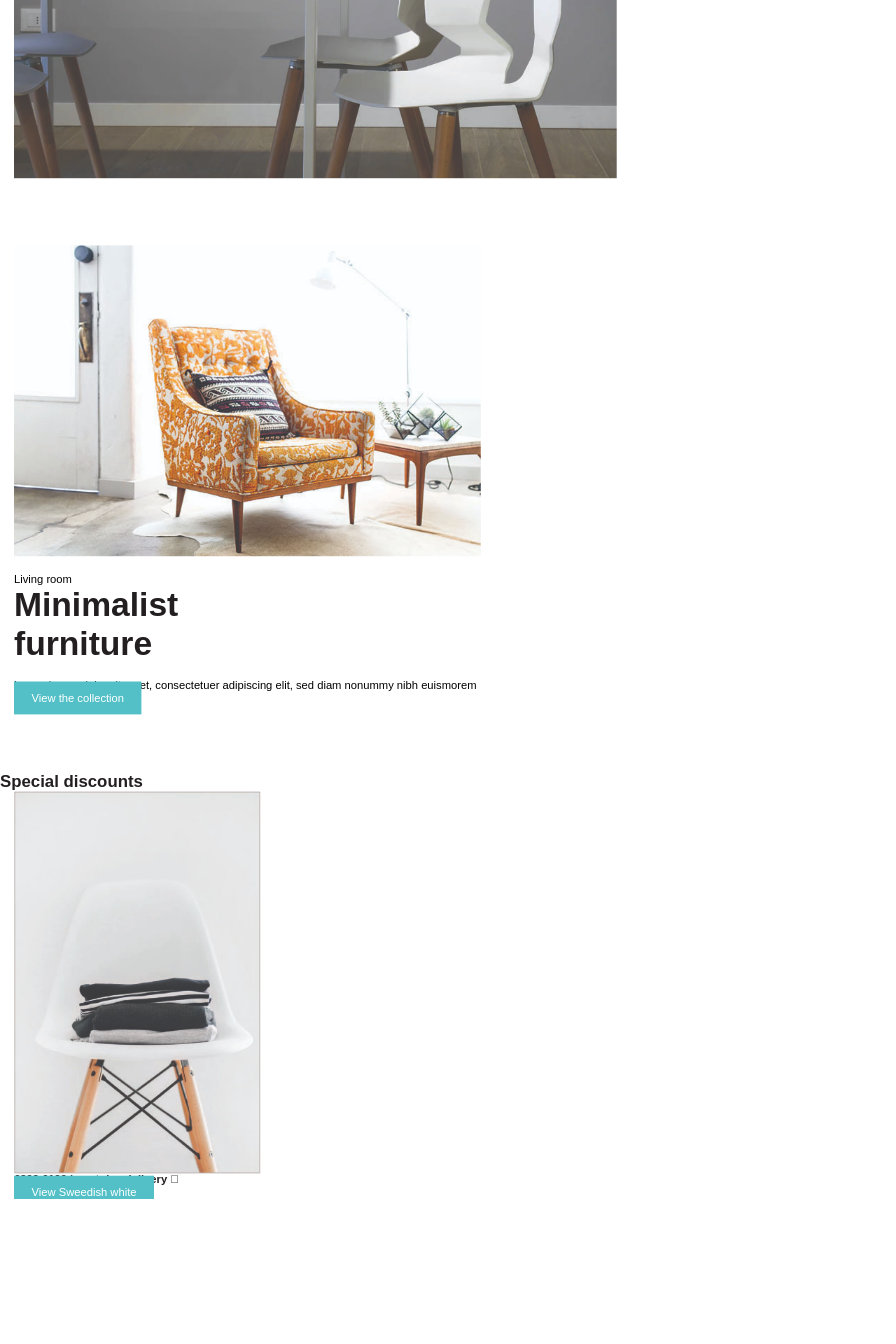
Repository: dinhhaidh/republic-web
Page: index.html
The author's editor kept a copy of each file at every save. The page is drawn from the files as they stood at one save, then again after a run of saves.
The browser window is 1280 px wide. The pictures show the part of the page from y = 932 to 2852 px (the page is 2852 px tall), at 70% of full size.
Some web fonts or font styles are not loaded; a fallback is used. Some web libraries are served in a nearby version.

Above is the page before, as saved 2024-01-24 16:54:47.
Console error: ReferenceError: Swiper is not defined

### index.html
<!DOCTYPE html>
<html lang="en">
<head>
    <meta charset="UTF-8">
    <meta name="viewport" content="width=device-width, initial-scale=1.0">

    <!--=============== FAVICON ===============-->
    <link rel="shortcut icon" href="assets/img/favicon.png" type="image/x-icon">

    <!--=============== REMIXICONS ===============-->
    <link rel="stylesheet" href="https://cdn.jsdelivr.net/npm/remixicon@4.1.0/fonts/remixicon.min.css">

    <link rel="stylesheet" href="https://cdn.jsdelivr.net/npm/swiper@11/swiper-bundle.min.css" />

    <!--=============== CSS ===============-->
    <link rel="stylesheet" href="style.css">

    <title>Responsive </title>
</head>
<body>
    <!--==================== HEADER ====================-->
    <header class="header" id="header">
        <nav class="nav container">
            <a href="#" class="nav__logo">
                <img src="./img/logo.jpg" alt="image" class="nav__img">
            </a>
            <div class="nav__menu" id="nav-menu">
                <ul class="nav__list">
                    <li class="nav__item">
                        <a href="#home" class="nav__link">Home</a>
                    </li>
                    <li class="nav__item">
                        <a href="#bedroom" class="nav__link">Bedroom</a>
                    </li>
                    <li class="nav__item">
                        <a href="#lounge" class="nav__link">Lounge</a>
                    </li>
                    <li class="nav__item">
                        <a href="#kitchen" class="nav__link">Kitchen</a>
                    </li>
                    <li class="nav__item">
                        <a href="#lighting" class="nav__link">Lighting</a>
                    </li>
                </ul>
                <div class="nav__close" id="nav-close">
                    <i class="ri-close-line"></i>
                </div>
            </div>

            <form action="" class="nav__button">
                <div class="button">
                    <input type="text" placeholder="Find something..." class="form-control">
                    <i class="ri-search-line button__search"></i>
                </div>
                <div class="shopping">
                    <i class="ri-shopping-cart-line "></i>
                    <span class="shopping__quantity">0</span>
                </div>
            </form>
            <!-- toggle -->
            <div class="nav__toggle" id="nav-toggle">
                <i class="ri-menu-line"></i>
            </div>
        </nav>
    </header>

    <!--==================== MAIN ====================-->
    <main class="main">
        <!--==================== Home  ====================-->
        <section class="home section" id="home">
            <div class="home__container container">
                <div class="home__contennt">
                    <h1 class="home__title">Premium <br> collection</h1>
                    <p class="home__desc">
                        Lorem ipsum dolor sit amet, consectetuer adipiscing elit, sed diam nonummy nibh euismorem ipsum dolor sit amet, consectetuer adipiscing elit
                    </p>
                    <h4>£2,300</h4>
                    <a href="#" class="button__link">View the collection</a>
                </div>
                <div class="home__images">
                    <img src="./img/hom1.jpg" alt="" class="home__image">
                    <div class="home__span">
                        <span><a href="">Lorem ipsum dolor sit amet</a>    £2,300</span>
                        <span><a href="#"> Consectetuer adsed diam</a>    £2,300</span>
                    </div>
                </div>
            </div>
        </section>

        <!--==================== Bedroom ====================-->
        <section class="bedroom section" id="bedroom">
            <div class="bedroom__container container grid">
                <div class="bedroom__images">
                    <img src="./img/funitire1.jpg" alt="" class="bedroom__image">
                </div>
                <div class="bedroom__contennt">
                    <span>Living room</span>
                    <div class="bedroom-brick"></div>
                    <h2 class="home__title">Minimalist <br>
                        furniture</h2>
                    <p class="bedroom__desc">
                        Lorem ipsum dolor sit amet, consectetuer adipiscing elit, sed diam nonummy nibh euismorem
                    </p>
                    <a href="#" class="button__link">View the collection</a>
                </div>

            </div>
        </section>

        <!--==================== Lounge  ====================-->
        <section class="lounge  section" id="lounge ">
            <h2 class="lounge-title">Special discounts</h2>
            <div class="lounge__container container grid">
                <div class="lounge__swiper swiper ">
                    <div class="lounge__content grid swiper-wrapper">
                        <article class=" lounge__data swiper-slide">
                            <img src="./img/special1.jpg" alt="" class="lounge__img">
                            <h4><span>£299</span> £199  |  next day delivery  </h4>
                            <a href="#" class="button__link lounge__button">View Sweedish white</a>
                        </article>
                        <article class=" lounge__data swiper-slide">
                            <img src="./img/special2.jpg" alt="" class="lounge__img">
                            <h4><span>£299</span> £199  |  next day delivery  </h4>
                            <a href="#" class="button__link lounge__button">View Sweedish white</a>
                        </article>
                        <article class=" lounge__data swiper-slide">
                            <img src="./img/special3.jpg" alt="" class="lounge__img">
                            <h4><span>£299</span> £199  |  next day delivery  </h4>
                            <a href="#" class="button__link lounge__button">View Sweedish white</a>
                        </article>
                        <article class=" lounge__data swiper-slide">
                            <img src="./img/special4.jpg" alt="" class="lounge__img">
                            <h4><span>£299</span> £199  |  next day delivery  </h4>
                            <a href="#" class="button__link lounge__button">View Sweedish white</a>
                        </article>
                    </div>
                </div>
            </div>
        </section>

        <!--==================== Kitchen ====================-->
        <section class="kitchen  section" id="kitchen">

        </section>

        <!--==================== Lighting ====================-->
        <section class="lighting  section" id="lighting">

        </section>
    </main>

    <!--==================== FOOTER ====================-->
    <footer class="footer">

    </footer>

    <!--========== SCROLL UP ==========-->

    <script src="https://cdn.jsdelivr.net/npm/swiper@11/swiper-element-bundle.min.js"></script>


    <!--=============== SCROLLREVEAL ===============-->
    <script src=""></script>

    <!--=============== JQuery ===============-->
    <script src="https://code.jquery.com/jquery-3.7.1.slim.min.js" integrity="sha256-kmHvs0B+OpCW5GVHUNjv9rOmY0IvSIRcf7zGUDTDQM8=" crossorigin="anonymous"></script>

    <!--=============== MAIN JS ===============-->
    <script src="/js/main.js"></script>
</body>
</html>

### style.css
/*=============== GOOGLE FONTS ===============*/
@import url("https://fonts.cdnfonts.com/css/source-sans-pro");

/*=============== VARIABLES CSS ===============*/
:root {
  --header-height: 3.5rem;

  /*========== Colors ==========*/
  /*Color mode HSL(hue, saturation, lightness)*/
  --first-color: hsl(28, 88%, 62%);
  --first-color-alt: hsl(28, 84%, 58%);
  --title-color: hsl(0, 0%, 95%);
  --text-color: hsl(0, 0%, 75%);
  --text-color-light: hsl(0, 0%, 65%);
  --black-color: #231f20;
  --body-color: hsl(0, 0%, 6%);
  --container-color: hsl(0, 0%, 10%);

  /*========== Font and typography ==========*/
  /*.5rem = 8px | 1rem = 16px ...*/
  --body-font: "Montserrat", sans-serif;
  --second-font: "Dancing Script", cursive;
  --biggest-font-size: 2.5rem;
  --bigger-font-size: 2rem;
  --h1-font-size: 1.5rem;
  --h2-font-size: 1.25rem;
  --h3-font-size: 1rem;
  --normal-font-size: .938rem;
  --small-font-size: .813rem;

  /*========== Font weight ==========*/
  --font-regular: 400;
  --font-semi-bold: 600;
  --font-bold: 700;

  /*========== z index ==========*/
  --z-tooltip: 10;
  --z-fixed: 100;
}

/*========== Responsive typography ==========*/
@media screen and (min-width: 1150px) {
  :root {
    --biggest-font-size: 4.375rem;
    --bigger-font-size: 3rem;
    --h1-font-size: 2.25rem;
    --h2-font-size: 1.5rem;
    --h3-font-size: 1.25rem;
    --normal-font-size: 1rem;
    --small-font-size: .875rem;
  }
}

/*=============== BASE ===============*/
* {
  box-sizing: border-box;
  padding: 0;
  margin: 0;
}

html {
  scroll-behavior: smooth;
}

body,
button {
  font-family: var(--body-font);
  font-size: var(--normal-font-size);
}

body {
  /* color: var(--text-color); */
}

button {
  border: none;
  outline: none;
}

h1, h2, h3, h4 {
  color: var(--black-color);
  font-weight: var(--font-bold);
}

ul {
  list-style: none;
}

a {
  text-decoration: none;
}

img {
  display: block;
  max-width: 100%;
  height: auto;
}

/*=============== REUSABLE CSS CLASSES ===============*/
.container {
  max-width: 1240px;
  margin-inline: 1.5rem;
}

.grid {
  display: grid;
  gap: 1.5rem;
}

.section {
  padding-block: 5rem 1rem;
}

.section__title {
  font-size: var(--bigger-font-size);
  font-family: var(--second-font);
  margin-bottom: 1.5rem;
  text-align: center;
}

.main {
  overflow: hidden; /* For animation ScrollReveal */
}

/*=============== HEADER & NAV ===============*/
.header{
  position: fixed;
  width: 100%;
  top: 0;
  left: 0;
  background-color: transparent;
  z-index: var(--z-fixed);
  transition: .4s;
}
.nav{
  position: relative;
  height: var(--header-height);
  display: flex;
  align-items: center;
  justify-content: space-between;
}
.nav__img{
  width: 100px;
  transition: .4s;
}
.nav__toggle,
.nav__close{
  cursor: pointer;
  font-size: 1.5rem;
  color: black;
}
.form-control{
  padding: 13px 40px 13px 20px;
  border-radius: 25px
}
.nav__button{
  display:flex;
  align-items: center;
  justify-content: center;
  column-gap: 1.625rem;
}
.nav__link{
  color: var(--black-color);
  font-weight: var(--font-regular);
  font-family: 'Source Sans Pro', sans-serif;
}
.button{
  display: flex;
  position: relative;
}
.button input::placeholder{
  color: var(--black-color);
}
.button__search{
  position: absolute;
  top: 0.9rem;
  right: 1rem;
}
.shopping i{
  font-size: 1.25rem;
  position: relative;
}
.shopping__quantity{
  background-color: red;
    padding: 1px 3px;
    color: #fff;
    position: absolute;
    top: 1.8rem;
    right: 0.05rem;
    border-radius: 50%;
    font-size: .7rem;
}



/* Navigation for mobile devices */
@media screen and (max-width: 1023.98px) {
  .nav__menu {
    position: fixed;
    top: 0;
    right: -100%;
    background-color: #fff;
    backdrop-filter: blur(16px);
    -webkit-backdrop-filter: blur(16px);
    width: 80%;
    height: 100%;
    padding: 6rem 3rem 0px;
    transition: right .4s;
  }
  .nav__list{
    display: flex;
    flex-direction: column;
    row-gap: 2.5rem;
  }
  .nav__link{
    color: var(--black-color);
    font-weight: var(--font-semi-bold);
    transition: color .4s;
  }
  /* .nav__link:hover{

  } */
  .nav__close{
    position: absolute;
    top: 1rem;
    right: 1.5rem;
  }
  .nav__button{
    display: none;
  }
}


/* Show menu */
.show-menu{
  right: 0;
}

/* Add blur header */
.scroll-header {
  background-color: #fff;
  box-shadow: 0 1px 4px hsla(220, 4%, 15%, .1);
}

/* Active link */


/*=============== Home ===============*/
.home{
  padding-top: 5rem;
}
.home__container{
  display: flex;
  flex-direction: column;
  row-gap: 3rem;
}
.home__title{
  font-size: var(--bigger-font-size);
  margin-bottom: 1.5rem;
}
.home__desc{
  font-weight: var(--font-regular);
  color: var(--black-color);
  line-height: 1.5;
  margin-bottom: var(--h2-font-size);
}
.home h4{
  font-size: var(--h1-font-size);
  margin-bottom: var(--bigger-font-size);
}
.button__link{
  background-color: #53c0c7;
  padding: 15px 25px;
  color: #fff;
  font-weight: 400;
}
.home__span span:nth-child(1){
  position: absolute;
  right: 1rem;
  top: 1rem;
  color: #fff;
}
.home__span span:nth-child(2){
  right: 1rem;
  position: absolute;
  top: 2rem;
  color: #fff;
}
.home__span span a{
  color: #fff;
}
.home__images{
  position: relative;
}
.home__image{

}

/*=============== BUTTON ===============*/


/*=============== Bedroom ===============*/


/*=============== Lounge  ===============*/
.lounge{

}


.lounge-title{
  .
}
.lounge__container{

}
.container{

}
.grid{

}
.swiper{

}
.lounge__swiper{

}
.lounge__content{
  display: flex;
  column-gap: 2rem;
}
.swiper-wrapper{

}
.lounge__data{

}
.swiper-slide{

}
.lounge__img{

}
.button__link{

}
.lounge__button{

}

/*=============== Kitchen  ===============*/

/*=============== Lighting  ===============*/



/*=============== FOOTER ===============*/


/*=============== SCROLL BAR ===============*/


/*=============== SCROLL UP ===============*/


/* Show Scroll Up */


/*=============== BREAKPOINTS ===============*/
/* For small devices */
@media screen and (min-width: 1024px){
  .nav{
    height: calc(var(--header-height) + 2rem)
  }
  .nav__toggle,
  .nav__close{
    display: none;
  }
  .nav__list{
    display: flex;
    flex-wrap: nowrap;
    column-gap: 4rem;
  }
}
@media screen and (min-width: 1150px) {
  .container{
    margin-inline: auto;
  }


}

/* For medium devices */


/* For large devices */

### js/main.js
$(document).ready(function(){
    $('#nav-toggle').click(function(){
        $('#nav-menu').addClass('show-menu');
    });
    $('#nav-close').click(function(){
        $('#nav-menu').removeClass('show-menu');
    })
    $(window).scroll(function(){
        $("#header").toggleClass("scroll-header", $(this).scrollTop() >= 50);
    });
});
let swiperlounge = new Swiper('.lounge__swiper', {
    loop: true,
    spaceBetween: 16,
    slidesPerView: 'auto',
    centeredSlides: 'auto',

    breakpoints: {
        1150: {
            slidesPerView: 4,
            centeredSlides: false,
        }
    }
});

After the next 2 saves:
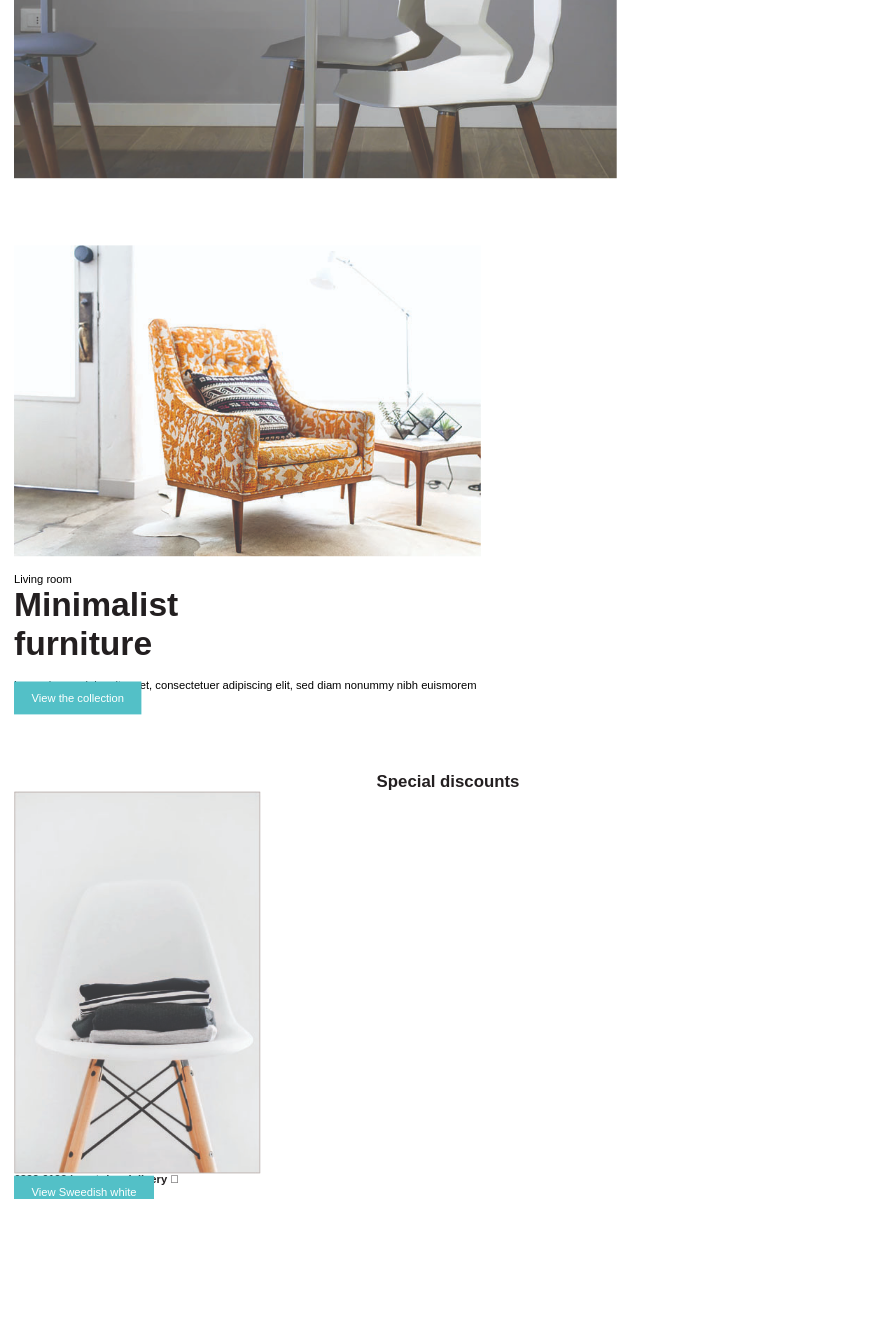
The 2 saves are shown as one change because they came seconds apart.
The last was saved 7 s later.
--- a/style.css
+++ b/style.css
@@ -309,7 +309,9 @@ img {
 
 
 .lounge-title{
-  .
+  display:flex;
+  align-items: center;
+  justify-content: center;
 }
 .lounge__container{
 
